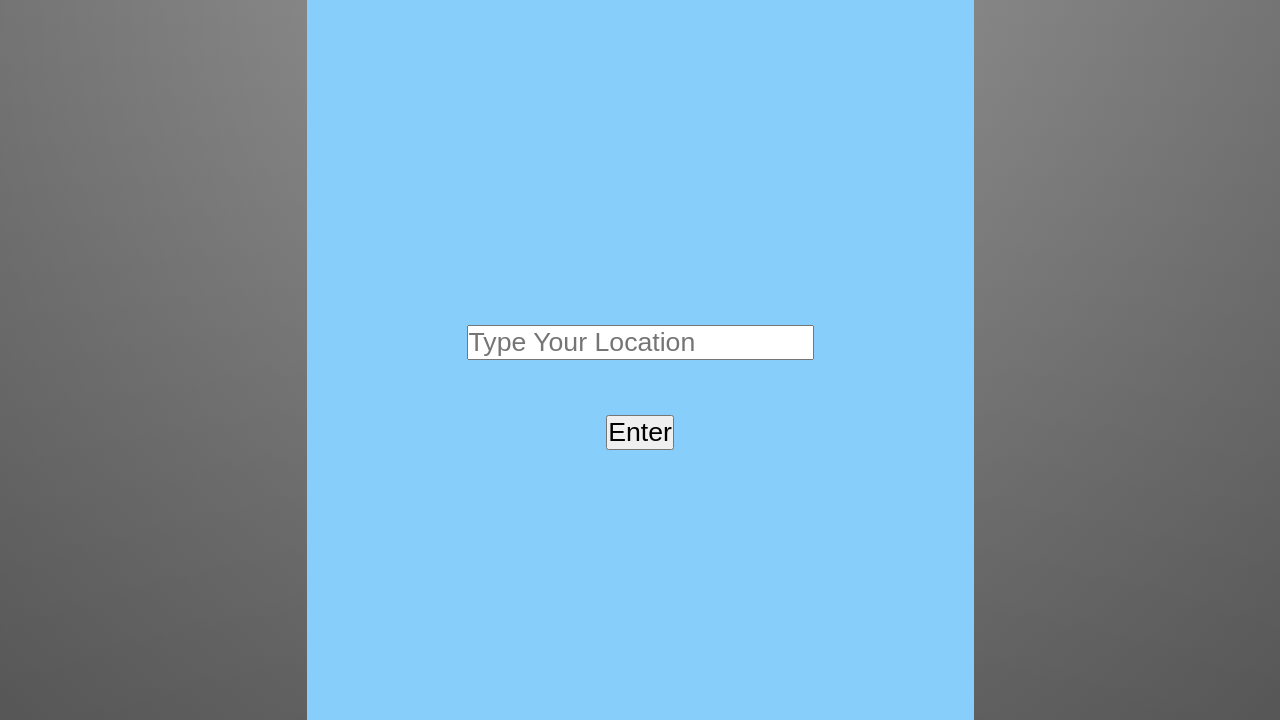
Repository: Heidingg/weather_app
Page: /
An editor plug-in stored every save of this project. The page is shown before and after the next save, followed by the edit.
The browser window is 1280 px wide. The pictures show the whole page.
The project was rebuilt for these pictures with package versions that can differ from the ones it lists, and the page was loaded fresh each time. The framework's server and built-in components were replaced by stand-ins that run in the browser. Also part of the build but not shown: next.config.js.

Above is the page before, as saved 2023-01-20 22:37:16.

After the next save:
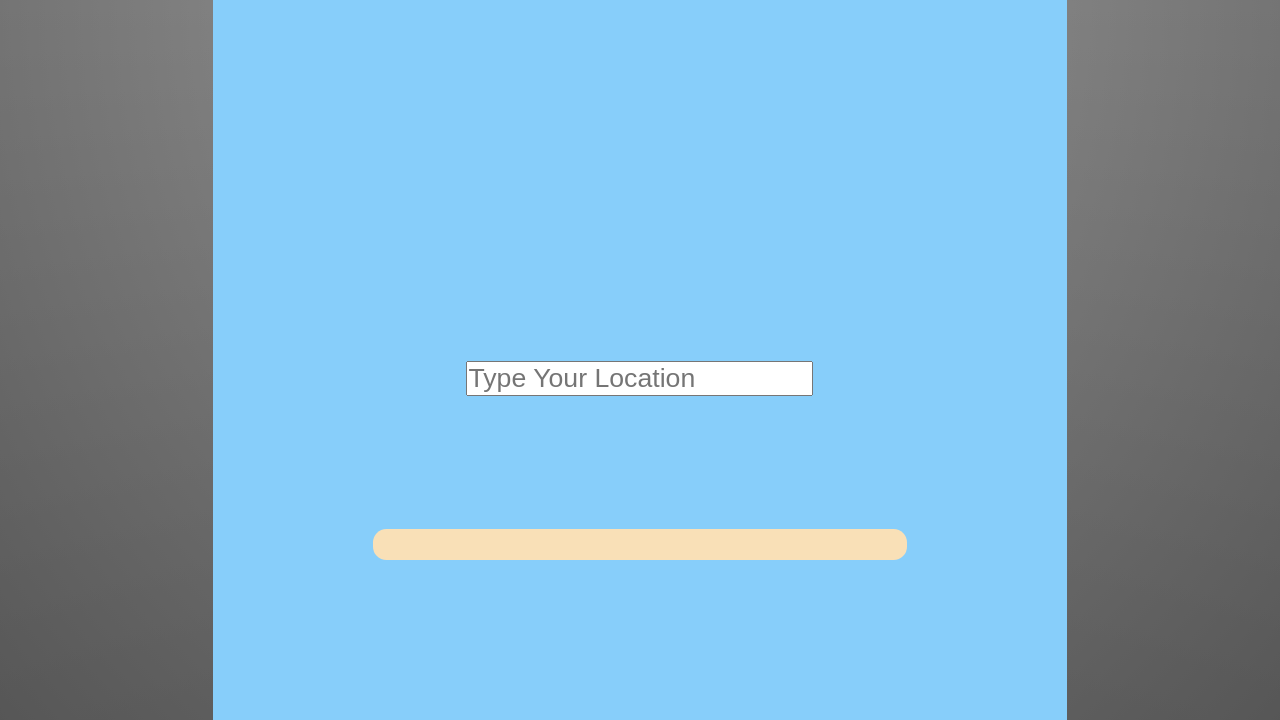
Saved 4 min 45 s later.
--- a/pages/index.js
+++ b/pages/index.js
@@ -75,10 +75,8 @@ export default function Home() {
           type="text"
         >
         </input>
-    <button className={styles.Btn}
-    type="submit" onClick={setWeather} > Enter</button>
     <div className={styles.searchContainer}></div>
-        {/*<div className={styles.weatherData}>*/}
+        <div className={styles.weatherData}>
           <div className={styles.weatherCondition}>
             {
               weather && weather.map((w, index) => {
@@ -91,7 +89,7 @@ export default function Home() {
                 )
               })
             }
-
+          </div>
 
           {
             weather && weather.map((w, index) => {
